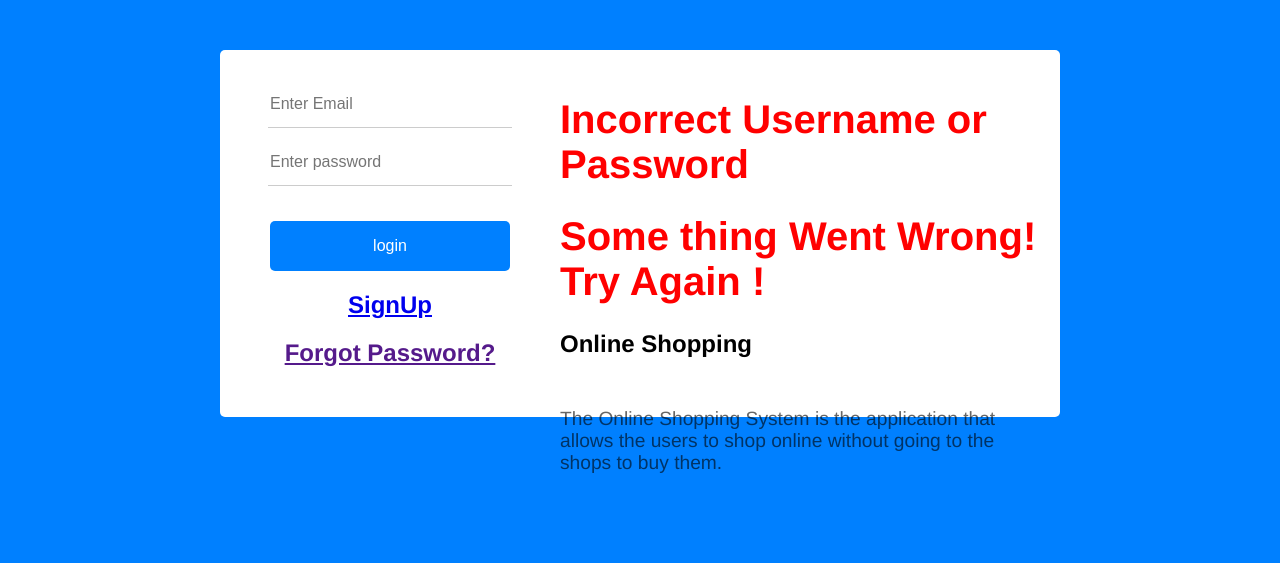
Repository: Dineshbabu290904/DigiMart
Page: http://localhost/ShoppingCart/login.jsp
An editor plug-in stored every save of this project. The page is shown before and after the next save, followed by the edit.
The browser window is 1280 px wide. The pictures show the whole page.
The page is served by Tomcat 9. Other server files are loaded and not shown.

Above is the page before, as saved 2024-10-12 12:23:55.

### ShoppingCart/src/main/webapp/login.jsp

<!DOCTYPE html>
<html>
<head>
<link rel="stylesheet" href="css/signup-style.css">
<title>Login</title>
</head>
<body>
<div id='container'>
  <div class='signup'>
     <form action="" method="post">
     	<input type="email" name="email" placeholder="Enter Email" required>
     	<input type="password" name="password" placeholder="Enter password" required>
     	<input type="submit" value="login">
     </form>
      <h2><a href="signup.jsp">SignUp</a></h2>
       <h2><a href="">Forgot Password?</a></h2>
  </div>
  <div class='whysignLogin'>
  <h1>Incorrect Username or Password</h1>

<h1>Some thing Went Wrong! Try Again !</h1>

    <h2>Online Shopping</h2>
    <p>The Online Shopping System is the application that allows the users to shop online without going to the shops to buy them.</p>
  </div>
</div>

</body>
</html>

### ShoppingCart/src/main/webapp/css/signup-style.css
body {
  background-color: #0080FF;
  font: 1em Helvetica;
}

#container {
  width: 840px;
  margin: 25px auto;
  margin-top: 50px;
}

.whysign {
  float: left;
  background-color: white;
  width: 480px;
  border-radius: 0 5px 5px 0;
  padding-top: 20px;
  padding-right: 20px;
}
.whysignLogin
{
	float: left;
  background-color: white;
  width: 480px;
  height: 347px;
  border-radius: 0 5px 5px 0;
  padding-top: 20px;
  padding-right: 20px;
}
.whyforgotPassword
{
	float: left;
  background-color: white;
  width: 480px;
  height: 470px;
  border-radius: 0 5px 5px 0;
  padding-top: 20px;
  padding-right: 20px;
}
.signup {
  float: left;
  width: 300px;
  padding: 30px 20px;
  background-color: white;
  text-align: center;
  border-radius: 5px 0 0 5px;
}


[type=text],[type=email],[type=number],[type=password],select,option {
  display: block;
  margin: 0 auto;
  width: 80%;
  border: 0;
  border-bottom: 1px solid rgba(0,0,0,.2);
  height: 45px;
  line-height: 45px;
  margin-bottom: 10px;
  font-size: 1em;
  color: black;
}

[type=submit] {
  margin-top: 25px;
  width: 80%;
  border: 0;
  background-color: #0080FF;
  border-radius: 5px;
  height: 50px;
  color: white;
  font-weight: 400;
  font-size: 1em;
}

[type='text']:focus {
  outline: none;
  border-color: #53CACE;
}

h1 {
  color: red;
  font-weight: 900;
  font-size: 2.5em;
}

p {
  color: rgba(0,0,0,.6);
  font-size: 1.2em;
  margin: 50px 0 50px 0;
}

span {
  font-size: .75em;
  background-color: white;
  padding: 2px 5px;
  color: rgba(0,0,0,.6);
  border-radius: 2px;
  box-shadow: 1px 1px 1px rgba(0,0,0,.3);
  margin: 5px;
}

span:hover {
  color: #53CACE;
}

p:nth-of-type(2) {
  font-size: 1em;
}

After the next save:
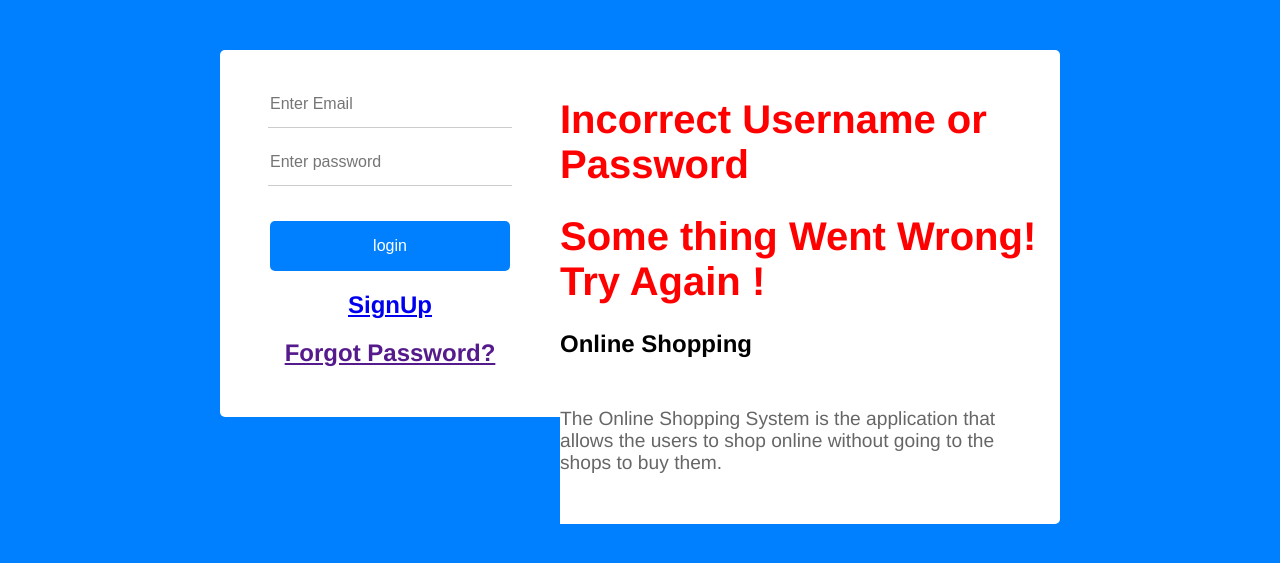
Saved 36 s later.
--- a/ShoppingCart/src/main/webapp/css/signup-style.css
+++ b/ShoppingCart/src/main/webapp/css/signup-style.css
@@ -22,7 +22,7 @@ body {
 	float: left;
   background-color: white;
   width: 480px;
-  height: 347px;
+
   border-radius: 0 5px 5px 0;
   padding-top: 20px;
   padding-right: 20px;
@@ -32,7 +32,6 @@ body {
 	float: left;
   background-color: white;
   width: 480px;
-  height: 470px;
   border-radius: 0 5px 5px 0;
   padding-top: 20px;
   padding-right: 20px;
@@ -53,7 +52,7 @@ body {
   width: 80%;
   border: 0;
   border-bottom: 1px solid rgba(0,0,0,.2);
-  height: 45px;
+
   line-height: 45px;
   margin-bottom: 10px;
   font-size: 1em;
